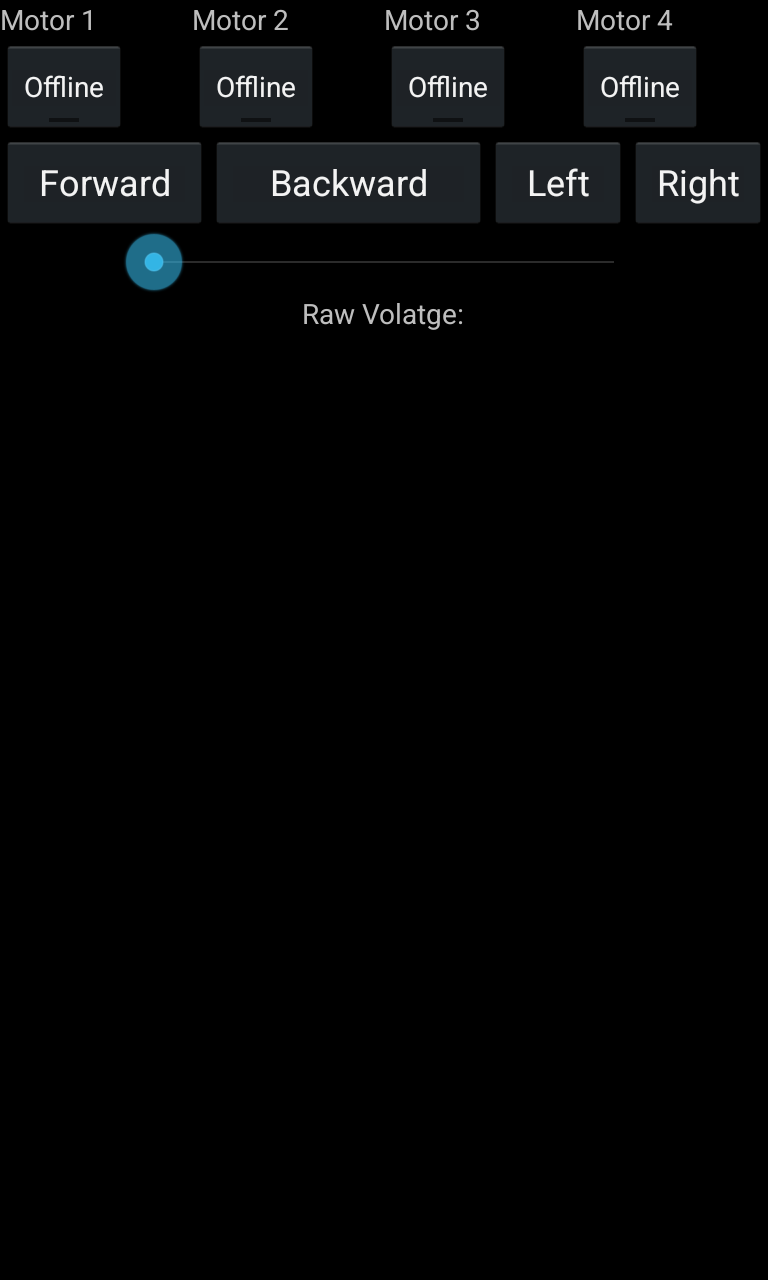
Repository: mitchtech/android_ioio_servo_control
Layout: IOIOServoControl/res/layout/main.xml
An editor plug-in stored every save of this project. The layout is shown before and after the next save, followed by the edit.
It is drawn on a 768 x 1280 px phone screen (xhdpi) without system bars, with theme android:Theme.Holo; the app's code is not run.

Above is the layout before, as saved 2013-09-20 20:08:05.

### IOIOServoControl/res/layout/main.xml
<?xml version="1.0" encoding="utf-8"?>
<LinearLayout xmlns:android="http://schemas.android.com/apk/res/android"
    android:layout_width="fill_parent"
    android:layout_height="fill_parent"
    android:orientation="vertical" >

    <LinearLayout
        android:layout_width="match_parent"
        android:layout_height="wrap_content"
        android:orientation="horizontal"
        android:baselineAligned="false" >

        <RelativeLayout
            android:layout_width="0dip"
            android:layout_height="wrap_content"
            android:layout_weight="1" >

            <TextView
                android:id="@+id/txtMotor1"
                android:layout_width="wrap_content"
                android:layout_height="wrap_content"
                android:layout_alignParentLeft="true"
                android:text="@string/motor1" />

            <ToggleButton
                android:id="@+id/tgMotor1"
                android:layout_width="wrap_content"
                android:layout_height="wrap_content"
                android:layout_alignParentLeft="true"
                android:layout_below="@id/txtMotor1"
                android:textOff="@string/motor_offline"
                android:textOn="@string/motor_online" />
        </RelativeLayout>

        <RelativeLayout
            android:layout_width="0dip"
            android:layout_height="wrap_content"
            android:layout_weight="1" >

            <TextView
                android:id="@+id/txtMotor2"
                android:layout_width="wrap_content"
                android:layout_height="wrap_content"
                android:layout_alignParentLeft="true"
                android:text="@string/motor2" />

            <ToggleButton
                android:id="@+id/tgMotor2"
                android:layout_width="wrap_content"
                android:layout_height="wrap_content"
                android:layout_alignParentLeft="true"
                android:layout_below="@id/txtMotor2"
                android:textOff="@string/motor_offline"
                android:textOn="@string/motor_online" />
		</RelativeLayout>

        <RelativeLayout
            android:layout_width="0dip"
            android:layout_height="wrap_content"
            android:layout_weight="1" >

            <TextView
                android:id="@+id/txtMotor3"
                android:layout_width="wrap_content"
                android:layout_height="wrap_content"
                android:layout_alignParentLeft="true"
                android:text="@string/motor3" />

            <ToggleButton
                android:id="@+id/tgMotor3"
                android:layout_width="wrap_content"
                android:layout_height="wrap_content"
                android:layout_alignParentLeft="true"
                android:layout_below="@id/txtMotor3"
                android:textOff="@string/motor_offline"
                android:textOn="@string/motor_online" />
		</RelativeLayout>

        <RelativeLayout
            android:layout_width="0dip"
            android:layout_height="wrap_content"
            android:layout_weight="1" >

            <TextView
                android:id="@+id/txtMotor4"
                android:layout_width="wrap_content"
                android:layout_height="wrap_content"
                android:layout_alignParentLeft="true"
                android:text="@string/motor4" />

            <ToggleButton
                android:id="@+id/tgMotor4"
                android:layout_width="wrap_content"
                android:layout_height="wrap_content"
                android:layout_alignParentLeft="true"
                android:layout_below="@id/txtMotor4"
                android:textOff="@string/motor_offline"
                android:textOn="@string/motor_online" />
		</RelativeLayout>
    </LinearLayout>

    <LinearLayout
        android:layout_width="match_parent"
        android:layout_height="wrap_content"
        android:orientation="horizontal" >

        <Button
            android:id="@+id/btnForward"
            android:layout_weight="1.5"
            android:layout_width="0dip"
            android:layout_height="wrap_content"
            android:text="@string/btnForward"
             />

        <Button
            android:id="@+id/btnBackward"
            android:layout_weight="2"
            android:layout_width="0dip"
            android:layout_height="wrap_content"
            android:text="@string/btnBackward"
             />

        <Button
            android:id="@+id/btnLeft"
            android:layout_weight="1"
            android:layout_width="0dip"
            android:layout_height="wrap_content"
            android:text="@string/btnLeft"
             />

        <Button
            android:id="@+id/btnRight"
            android:layout_weight="1"
            android:layout_width="0dip"
            android:layout_height="wrap_content"
            android:text="@string/btnRight"
             />

	</LinearLayout>

	<LinearLayout
	    android:layout_width="match_parent"
	    android:layout_height="wrap_content"
	    android:orientation="horizontal"
	    android:gravity="center" >

		<SeekBar
		    android:id="@+id/seekBar1"
		    android:layout_width="262dp"
		    android:layout_height="wrap_content"
		    android:max="20000" />

	</LinearLayout>

	<LinearLayout
	    android:layout_width="match_parent"
	    android:layout_height="wrap_content"
	    android:orientation="horizontal"
	    android:gravity="center" >
	    <TextView
	        android:layout_width="wrap_content"
	        android:layout_height="wrap_content"
            android:text="@string/strRawVoltage">

	    </TextView>
	    <TextView
	        android:id="@+id/txtRawVoltage"
	        android:layout_width="wrap_content"
	        android:layout_height="wrap_content">
	    </TextView>

		<TextView
	        android:id="@+id/txtVoltage"
	        android:layout_width="wrap_content"
	        android:layout_height="wrap_content">
	    </TextView>
	</LinearLayout>

</LinearLayout>

### IOIOServoControl/res/values/strings.xml
<?xml version="1.0" encoding="utf-8"?>
<resources>

    <string name="app_name">IOIO Servo Control</string>
    <string name="motor1">Motor 1</string>
    <string name="motor2">Motor 2</string>
    <string name="motor3">Motor 3</string>
    <string name="motor4">Motor 4</string>

    <string name="motor_offline">Offline</string>
    <string name="motor_online">Online</string>

    <string name="btnForward">Forward</string>
    <string name="btnBackward">Backward</string>
    <string name="btnLeft">Left</string>
    <string name="btnRight">Right</string>

    <string name="strRawVoltage">Raw Volatge: </string>
    <string name="strVoltage">Volatge: </string>
</resources>

After the next save:
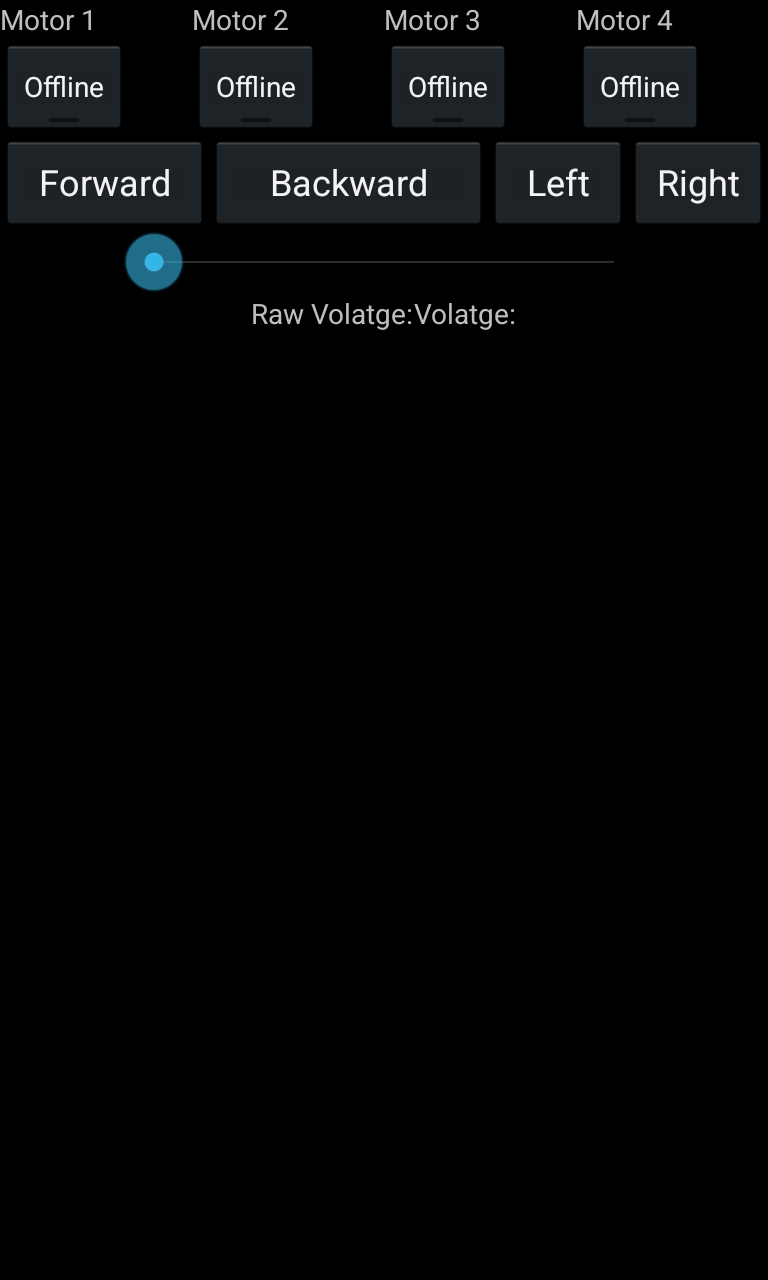
Saved 24 s later.
--- a/IOIOServoControl/res/layout/main.xml
+++ b/IOIOServoControl/res/layout/main.xml
@@ -161,14 +161,17 @@
 	        android:layout_width="wrap_content"
 	        android:layout_height="wrap_content"
             android:text="@string/strRawVoltage">
-
 	    </TextView>
 	    <TextView
 	        android:id="@+id/txtRawVoltage"
 	        android:layout_width="wrap_content"
 	        android:layout_height="wrap_content">
 	    </TextView>
-
+	    <TextView
+	        android:layout_width="wrap_content"
+	        android:layout_height="wrap_content"
+            android:text="@string/strVoltage">
+	    </TextView>
 		<TextView
 	        android:id="@+id/txtVoltage"
 	        android:layout_width="wrap_content"
